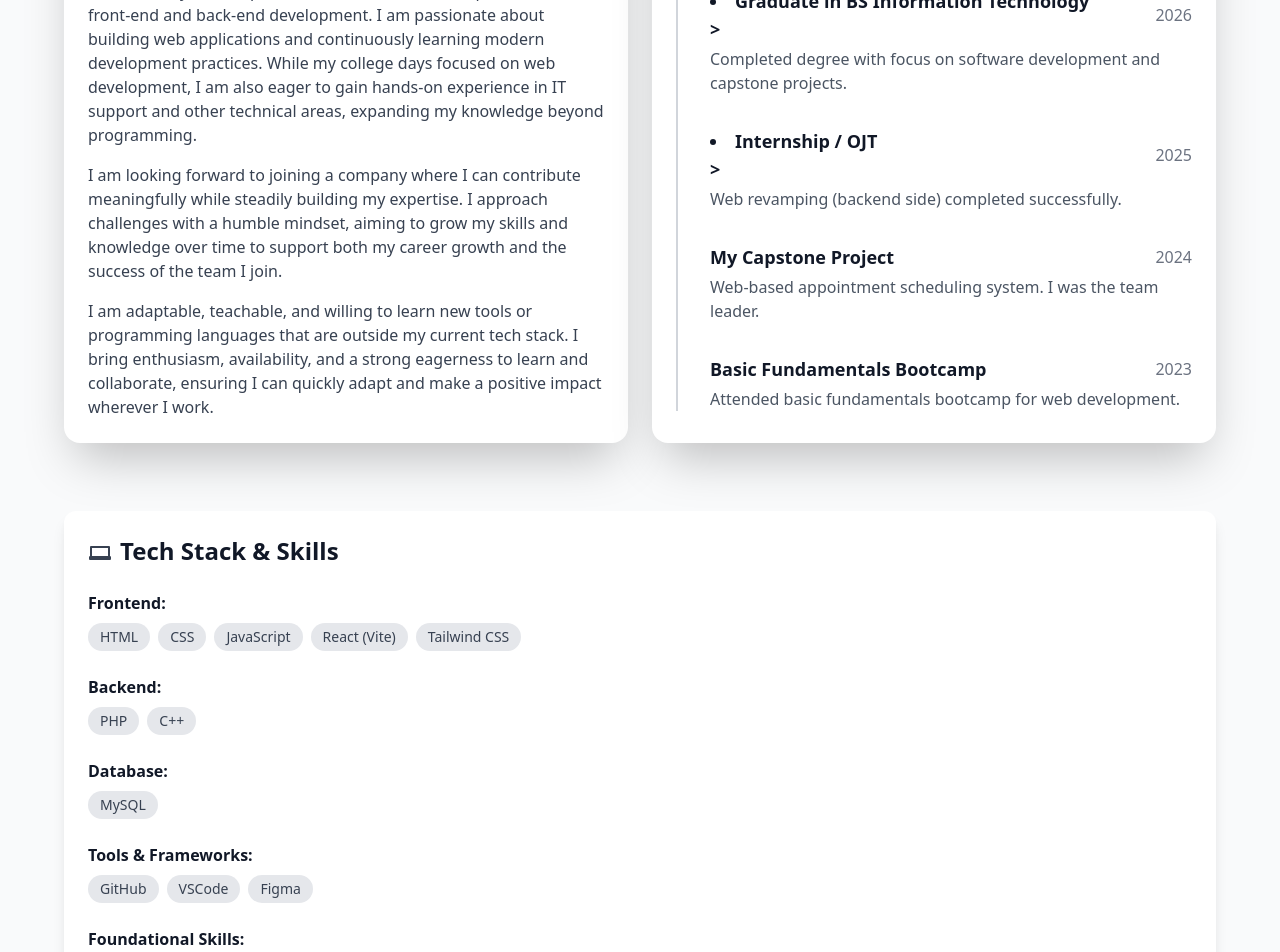
Repository: MeekSharkdev/cv-portfolio
Page: index.html
An editor plug-in stored every save of this project. The page is shown before and after the next save, followed by the edit.
The browser window is 1280 px wide. The pictures show the part of the page from y = 457 to 1409 px (the page is 2616 px tall before and 2636 px after).
A picture or video elsewhere on the page could not be fetched, so the positions and the page height are approximate.

Above is the page before, as saved 2026-01-31 20:28:40.
Not found: styles.css

After the next save:
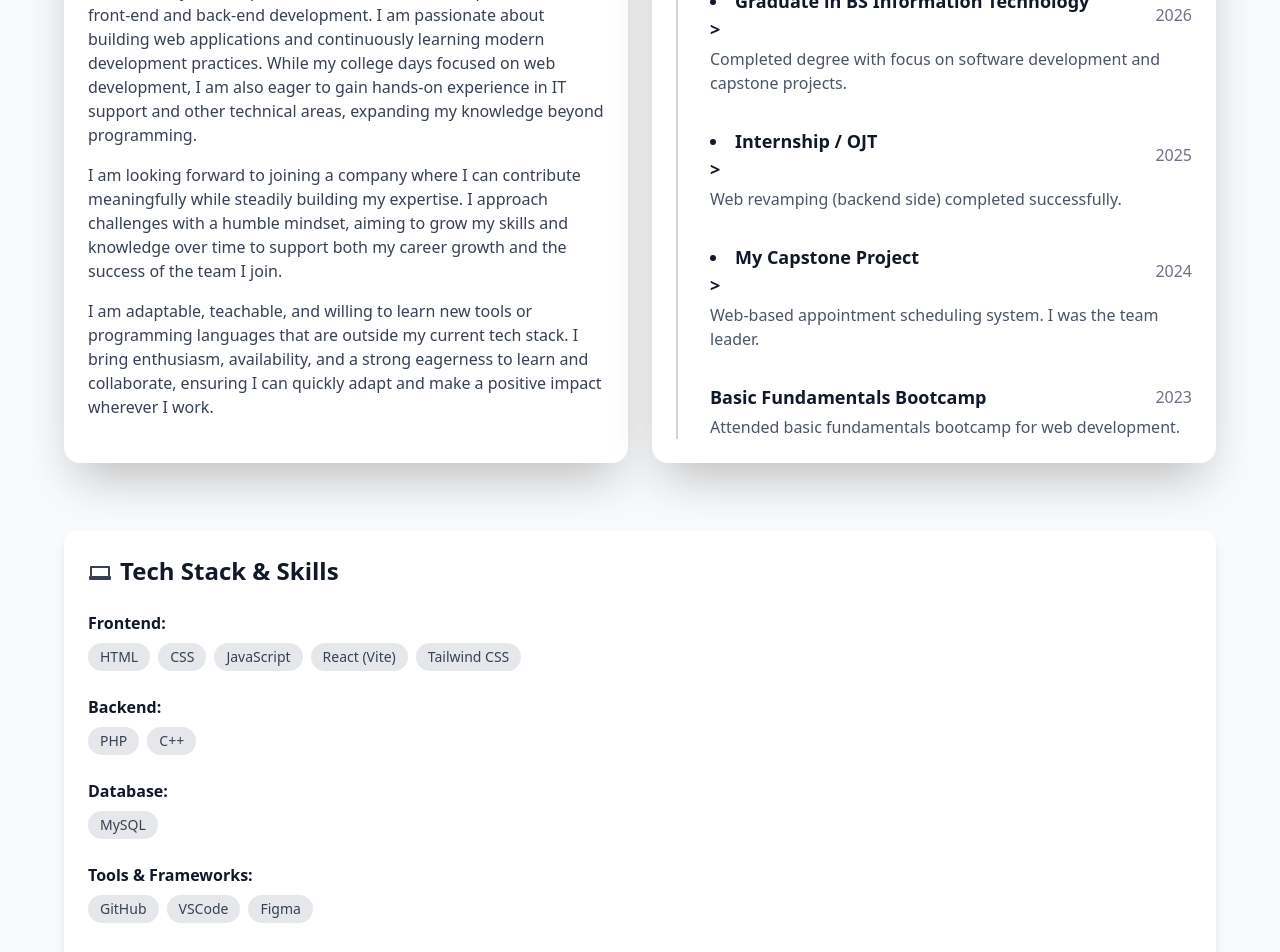
Saved 11 s later.
--- a/index.html
+++ b/index.html
@@ -130,7 +130,7 @@
                 <!-- Capstone Project -->
                 <div class="relative">
                     <div class="flex justify-between items-center">
-                        <h3 class="text-lg font-bold">My Capstone Project</h3>
+                        <h3 class="text-lg font-bold"><li>My Capstone Project</li>></h3>
                         <span class="text-gray-500">2024</span>
                     </div>
                     <p class="text-gray-600 mt-1">Web-based appointment scheduling system. I was the team leader.</p>
